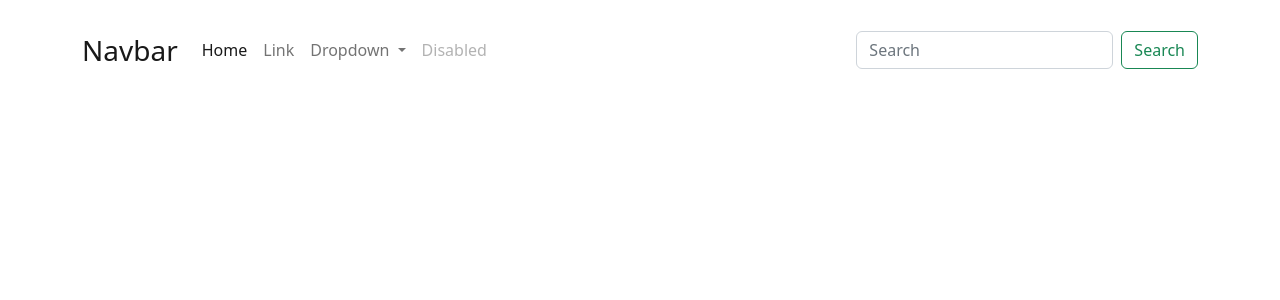
Repository: isaacCodes1/Bootstrap-Nav-Assignment
Page: index.html
These files come from the project's save history. The page is drawn as it stood at one moment and after a run of saves; the edit follows.
The browser window is 1280 px wide. The pictures show the whole page.
Some web libraries are served in a nearby version.

Above is the page before, as saved 2024-03-19 13:13:27.

After the next 4 saves:
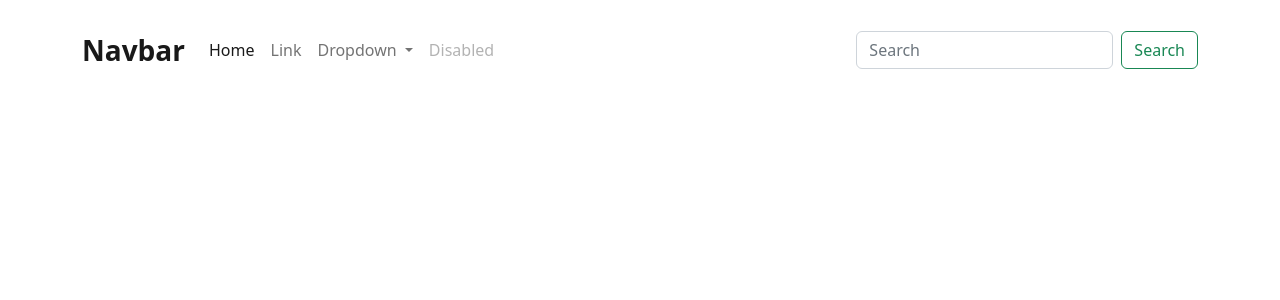
The 4 saves are shown as one change because they came seconds apart.
The last was saved 12 s later.
--- a/index.html
+++ b/index.html
@@ -20,7 +20,7 @@
     <header>
       <nav class="navbar navbar-expand-lg navbar-light bg-transparent px-0 py-4">
         <div class="container-lg">
-          <a class="navbar-brand fs-3 align-items-center d-flex fw-" href="#">Navbar</a>
+          <a class="navbar-brand fs-3 align-items-center d-flex fw-bolder gap-1" href="#">Navbar</a>
           <button
             class="navbar-toggler"
             type="button"
